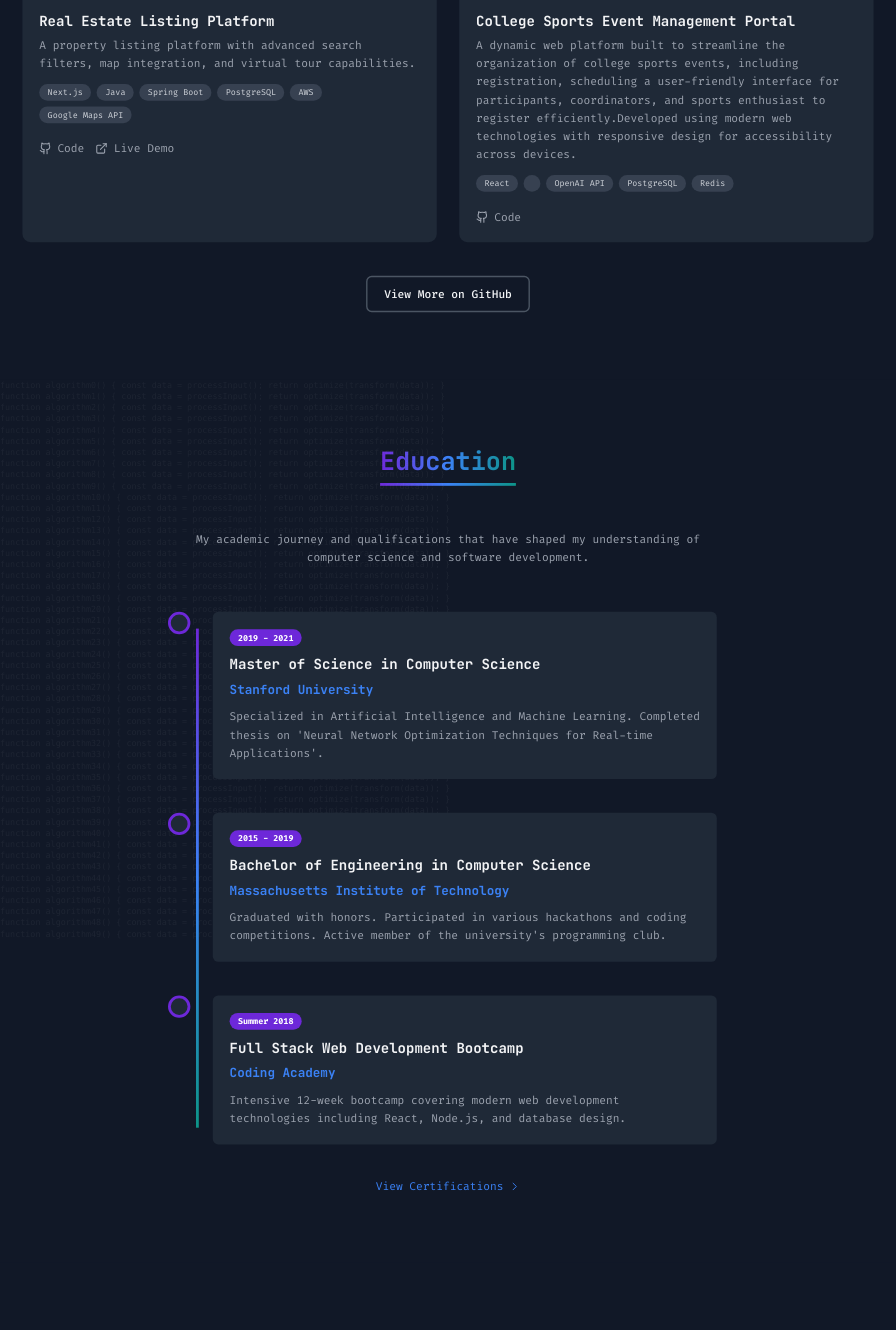
Repository: Saquib45/portfolio
Page: /
An editor plug-in stored every save of this project. The page is shown before and after the next save, followed by the edit.
The browser window is 1280 px wide. The pictures show the part of the page from y = 3520 to 5420 px (the page is 7712 px tall), at 70% of full size.
The project was rebuilt for these pictures with package versions that can differ from the ones it lists, and the page was loaded fresh each time. Also part of the build but not shown: vite.config.ts.

Above is the page before, as saved 2025-04-23 21:36:30.

After the next save:
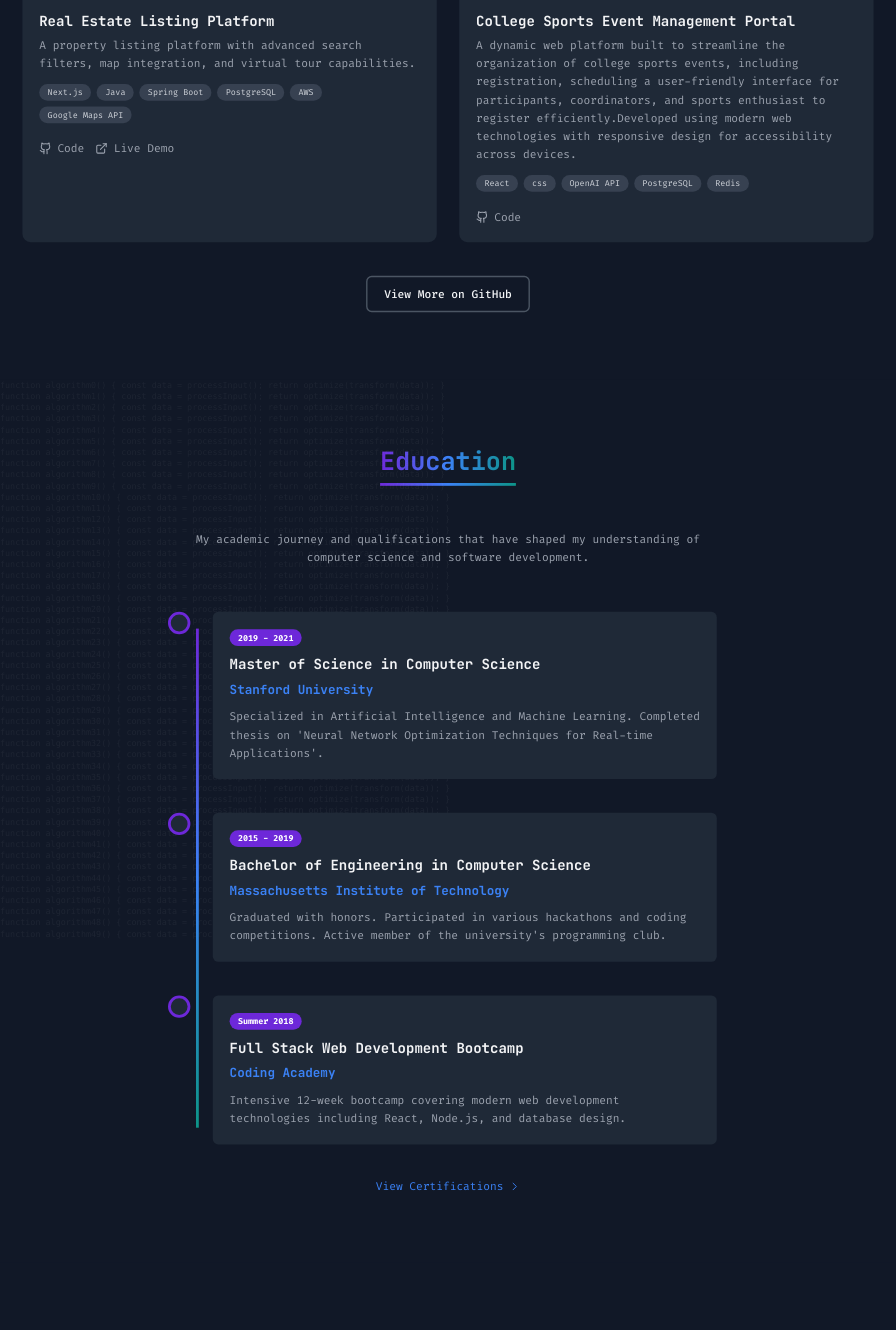
Saved 5 s later.
--- a/src/components/Projects.tsx
+++ b/src/components/Projects.tsx
@@ -71,7 +71,7 @@ const Projects: React.FC = () => {
       title: "College Sports Event Management Portal",
       description: "A dynamic web platform built to streamline the organization of college sports events, including registration, scheduling a user-friendly interface for participants, coordinators, and sports enthusiast to register efficiently.Developed using modern web technologies with responsive design for accessibility across devices.",
       image: "https://images.pexels.com/photos/5380642/pexels-photo-5380642.jpeg?auto=compress&cs=tinysrgb&w=1260&h=750&dpr=2",
-      technologies: ["React", "", "OpenAI API", "PostgreSQL", "Redis"],
+      technologies: ["React", "css", "OpenAI API", "PostgreSQL", "Redis"],
       githubUrl: "https://github.com",
     },
   ];
